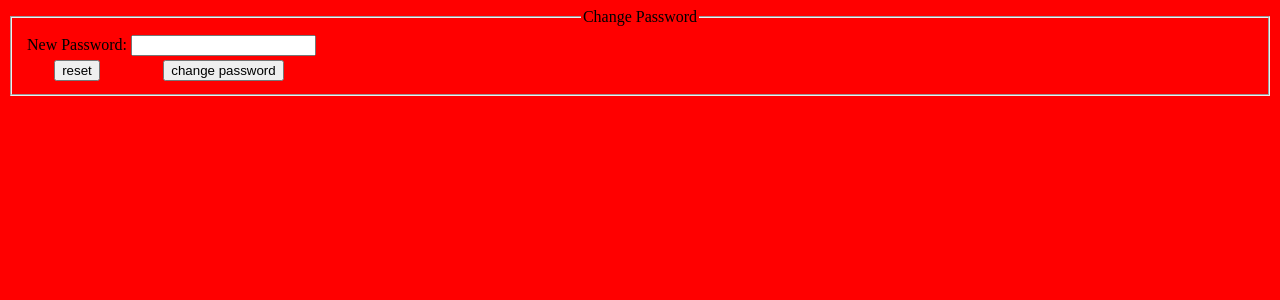
Repository: pawankumarsharm/UST_JDBC_SERVLET
Page: jdbc/empwebapp/WebContent/changepassword.html
The author's editor kept a copy of each file at every save. The page is drawn from the files as they stood at one save, then again after the next save.
The browser window is 1280 px wide. The pictures show the whole page.

Above is the page before, as saved 2019-11-15 09:33:11.

After the next save:
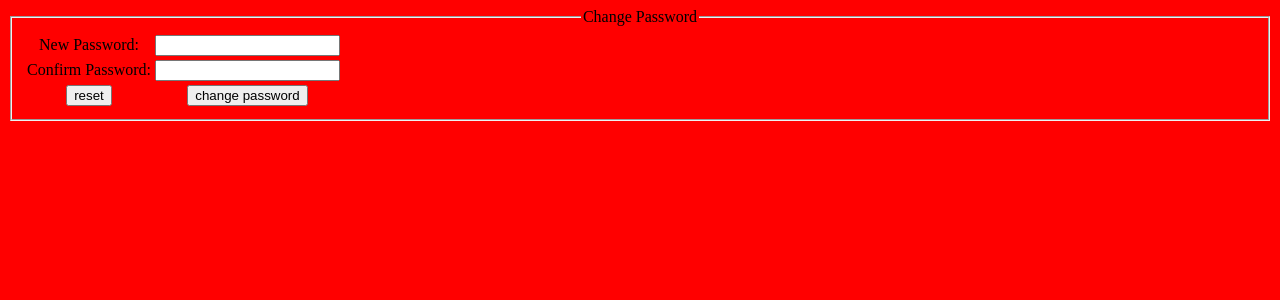
Saved 26 s later.
--- a/jdbc/empwebapp/WebContent/changepassword.html
+++ b/jdbc/empwebapp/WebContent/changepassword.html
@@ -14,6 +14,10 @@
 <td> <input name="password" type="password"></td>
 </tr>
 <tr>
+<td>Confirm Password:</td>
+<td> <input name="password" type="password"></td>
+</tr
+<tr>
 <td><input type="submit" value ="reset"></td>
 <td><input type="reset" value ="change password"></td>
 </tr>
